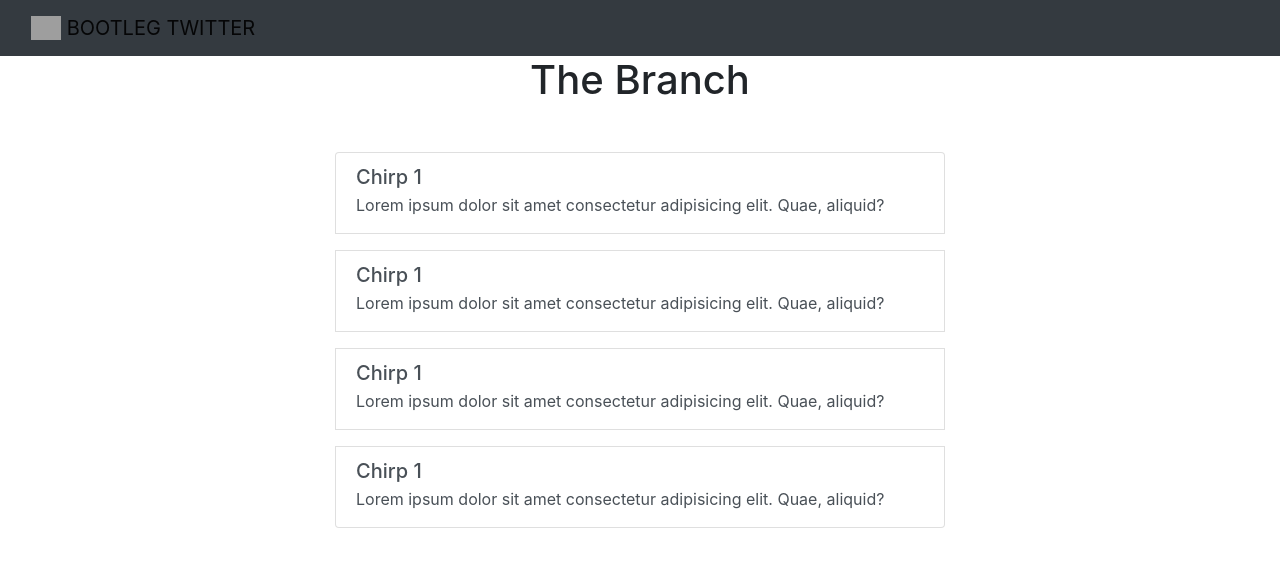
Repository: DavidDontKnow/BootlegTwitter
Page: html/FEED.HTML
An editor plug-in stored every save of this project. The page is shown before and after the next save, followed by the edit.
The browser window is 1280 px wide. The pictures show the whole page.
Pictures or frames that could not be fetched are drawn as grey boxes.

Above is the page before, as saved 2023-04-06 11:06:33.

After the next save:
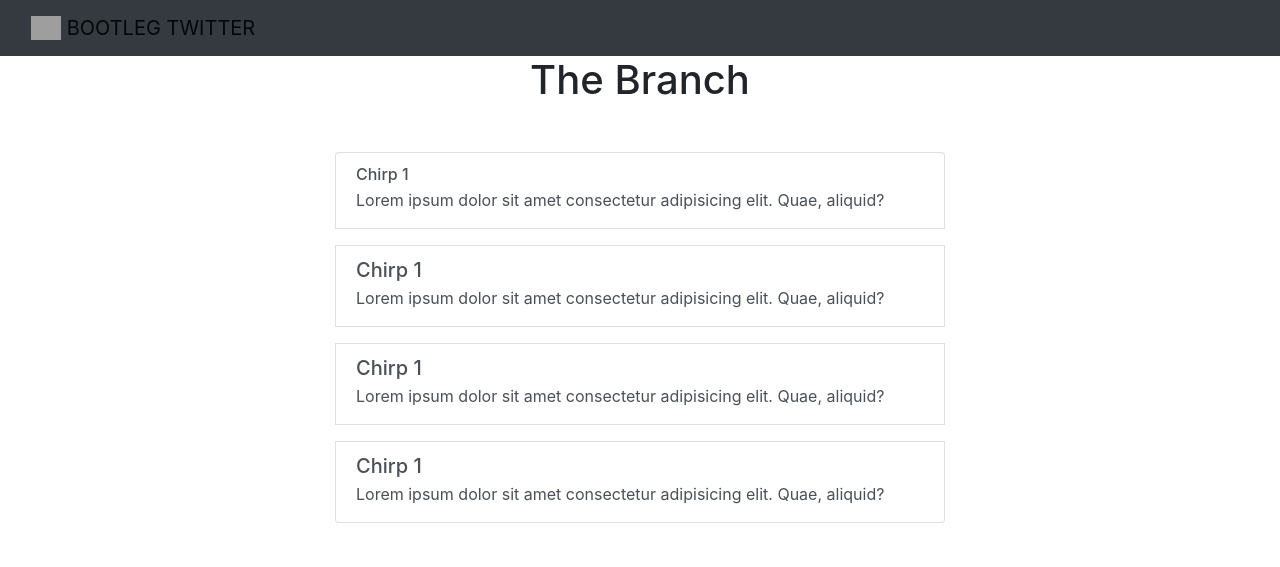
Saved 29 s later.
--- a/html/FEED.HTML
+++ b/html/FEED.HTML
@@ -27,7 +27,7 @@
                 <h1 class="text-center mb-5">The Branch</h1>
                 <div class="list-group">
                     <a href="#" class="list-group-item list-group-item-action">
-                        <h5 class="mb-1">Chirp 1</h5>
+                        <h6 class="mb-1">Chirp 1</h5>
                         <p class="mb-1">Lorem ipsum dolor sit amet consectetur adipisicing elit. Quae, aliquid?</p>
                     </a>
                     <div class="mt-3"></div>

After the 2 saves that followed:
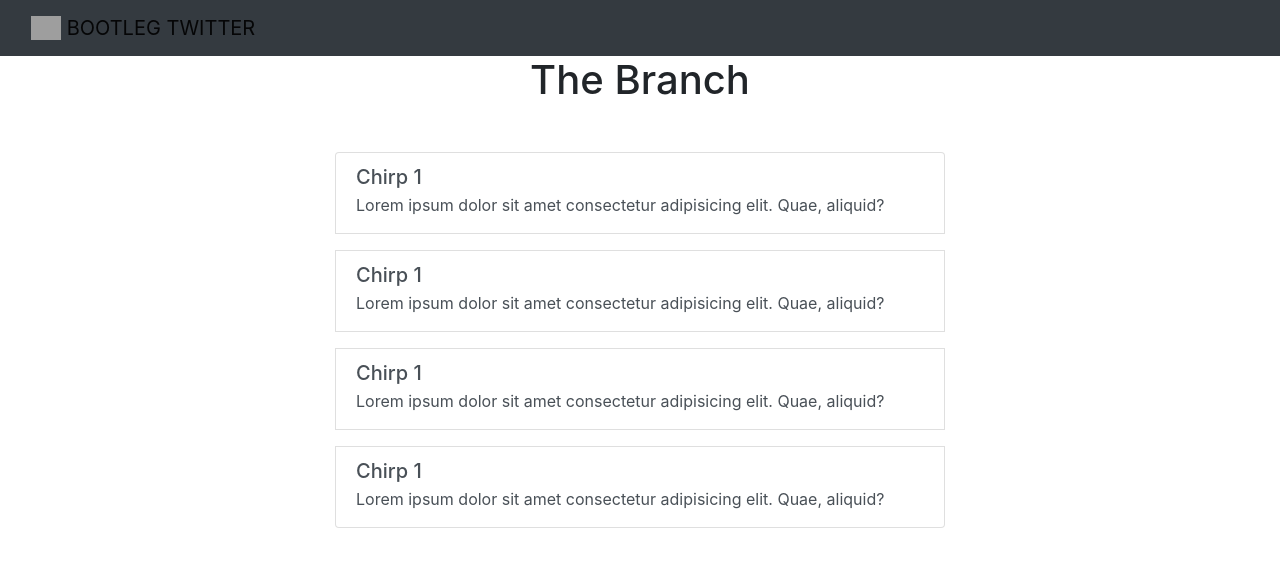
The 2 saves are shown as one change because 1 left the picture as it was.
The last was saved 16 s later.
--- a/html/FEED.HTML
+++ b/html/FEED.HTML
@@ -27,7 +27,7 @@
                 <h1 class="text-center mb-5">The Branch</h1>
                 <div class="list-group">
                     <a href="#" class="list-group-item list-group-item-action">
-                        <h6 class="mb-1">Chirp 1</h5>
+                        <h5 class="mb-1">Chirp 1</h5>
                         <p class="mb-1">Lorem ipsum dolor sit amet consectetur adipisicing elit. Quae, aliquid?</p>
                     </a>
                     <div class="mt-3"></div>
